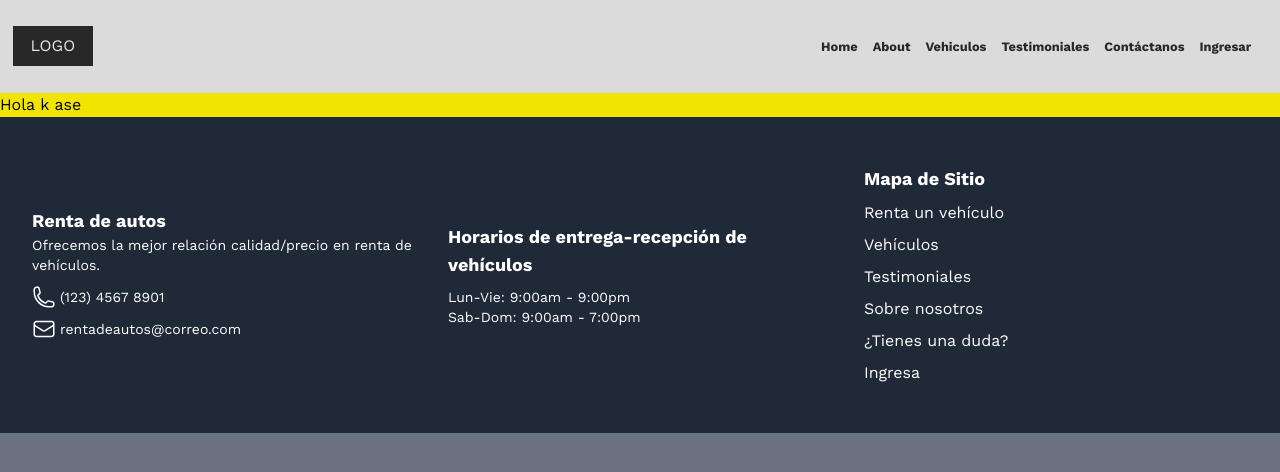
Repository: aldovelacasas/PF_RentCar2
Page: /
The author's editor kept a copy of each file at every save. The page is drawn from the files as they stood at one save, then again after the next save.
The browser window is 1280 px wide. The pictures show the whole page.
The project was rebuilt for these pictures with package versions that can differ from the ones it lists, and the page was loaded fresh each time. The framework's server and built-in components were replaced by stand-ins that run in the browser. Also part of the build but not shown: next.config.js.

Above is the page before, as saved 2023-08-30 10:00:21.

After the next save:
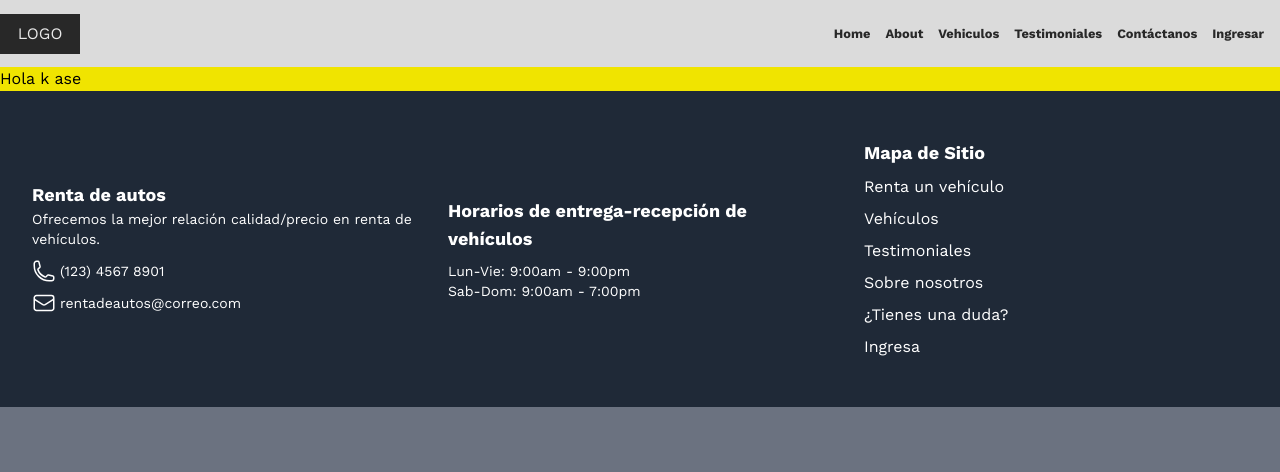
Saved 23 s later.
--- a/src/components/NavBar/nav.css
+++ b/src/components/NavBar/nav.css
@@ -104,7 +104,7 @@ nav {
 
 @media (min-width: 38em) {
   nav{
-    padding:1%;
+    padding:0;
   }
   .HomeMenu {
     display: block;
